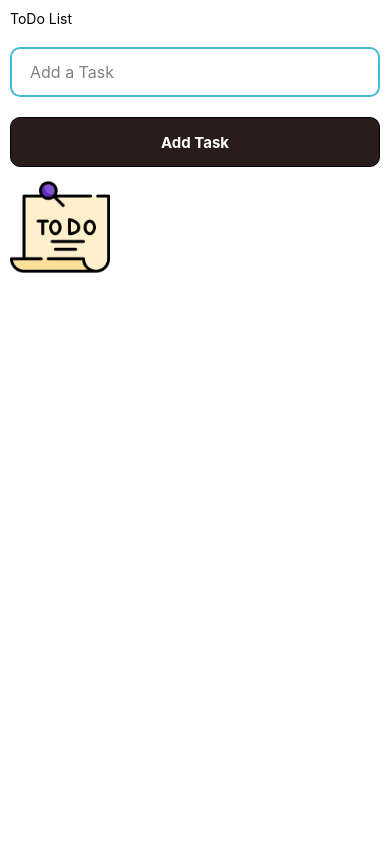
Repository: raisingh22/Projects
Screen: /
An editor plug-in stored every save of this project. The screen is shown before and after a run of saves, followed by the edit.
The app was drawn by React Native's web renderer in a window 390 px wide. The project was rebuilt for these pictures with package versions that can differ from the ones it lists, and the page was loaded fresh each time.

Above is the screen before, as saved 2024-01-22 13:10:45.

After the next 5 saves:
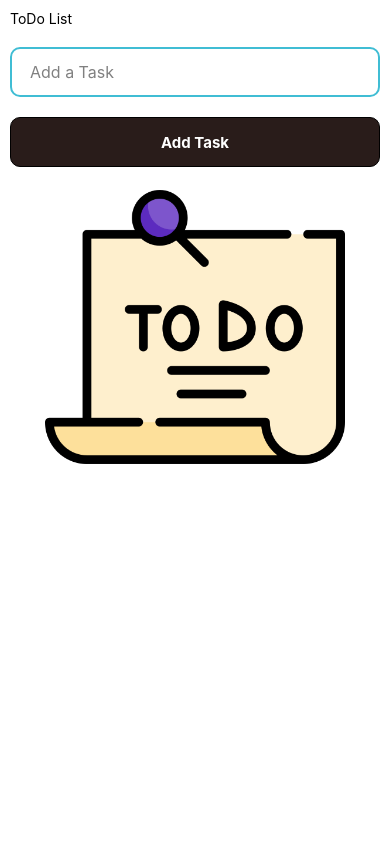
The 5 saves are shown as one change because they came seconds apart.
The last was saved 13 s later.
--- a/src/components/Fallback.js
+++ b/src/components/Fallback.js
@@ -4,13 +4,13 @@ import React from 'react'
 const Fallback = () => {
   return (
     <View style={{
-        //   alignItems: "center"
+          alignItems: "center"
     }}>
      <Image
-     resizeMode="center"
+    //  resizeMode="center"
      style={{
-        height:100,
-        width:100
+        height:300,
+        width:300
      }}
      source={require('../asstes/to-do-list.png')}
      />
